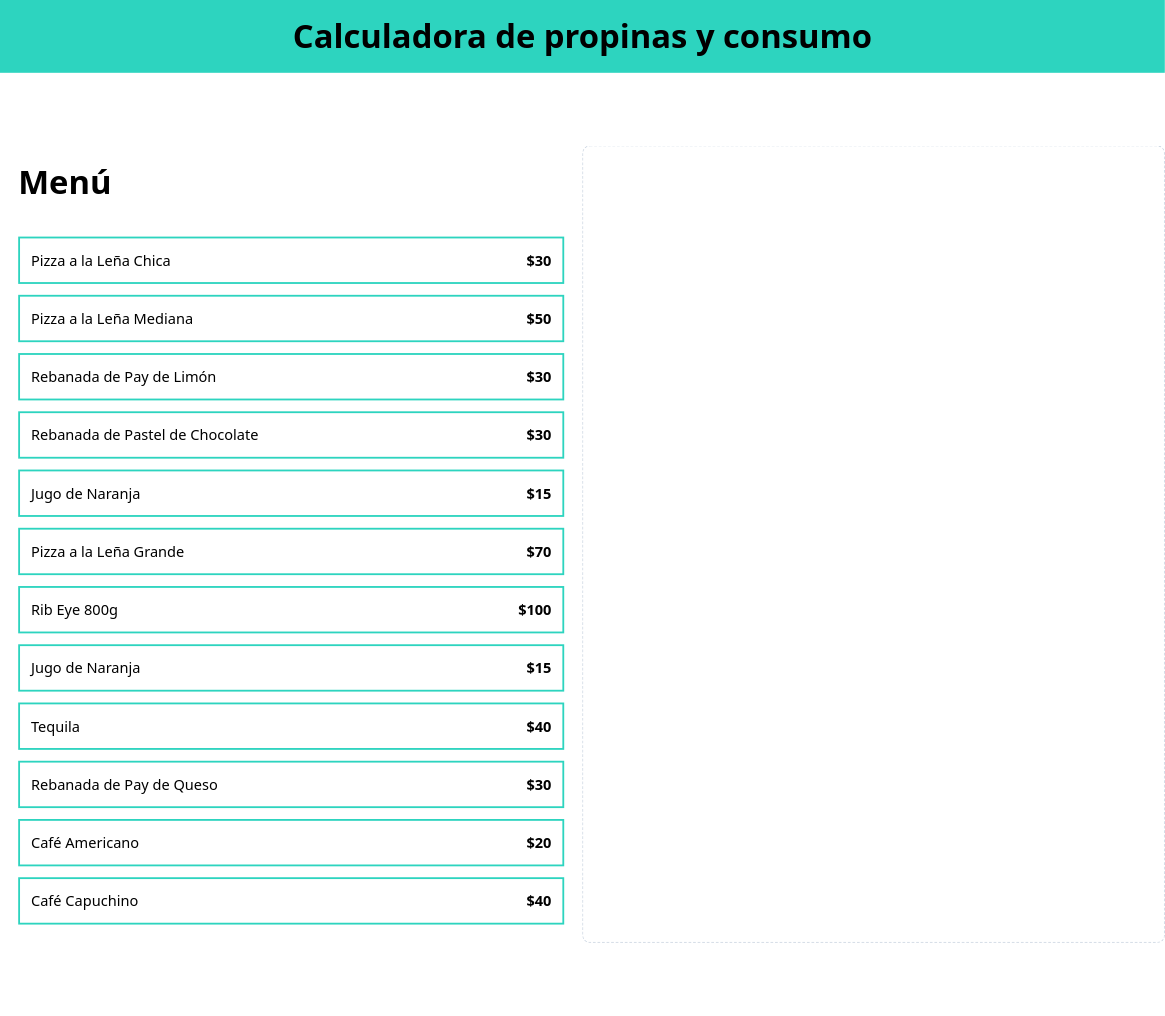
Repository: Samuel-Leal96/calculador_propinas
Page: /
These files come from the project's save history. The page is drawn as it stood at one moment and after the next save; the edit follows.
The browser window is 1280 px wide. The pictures show the whole page, at 91% of full size.
The project was rebuilt for these pictures with package versions that can differ from the ones it lists, and the page was loaded fresh each time. Also part of the build but not shown: vite.config.ts.

Above is the page before, as saved 2025-10-20 18:10:37.

After the next save:
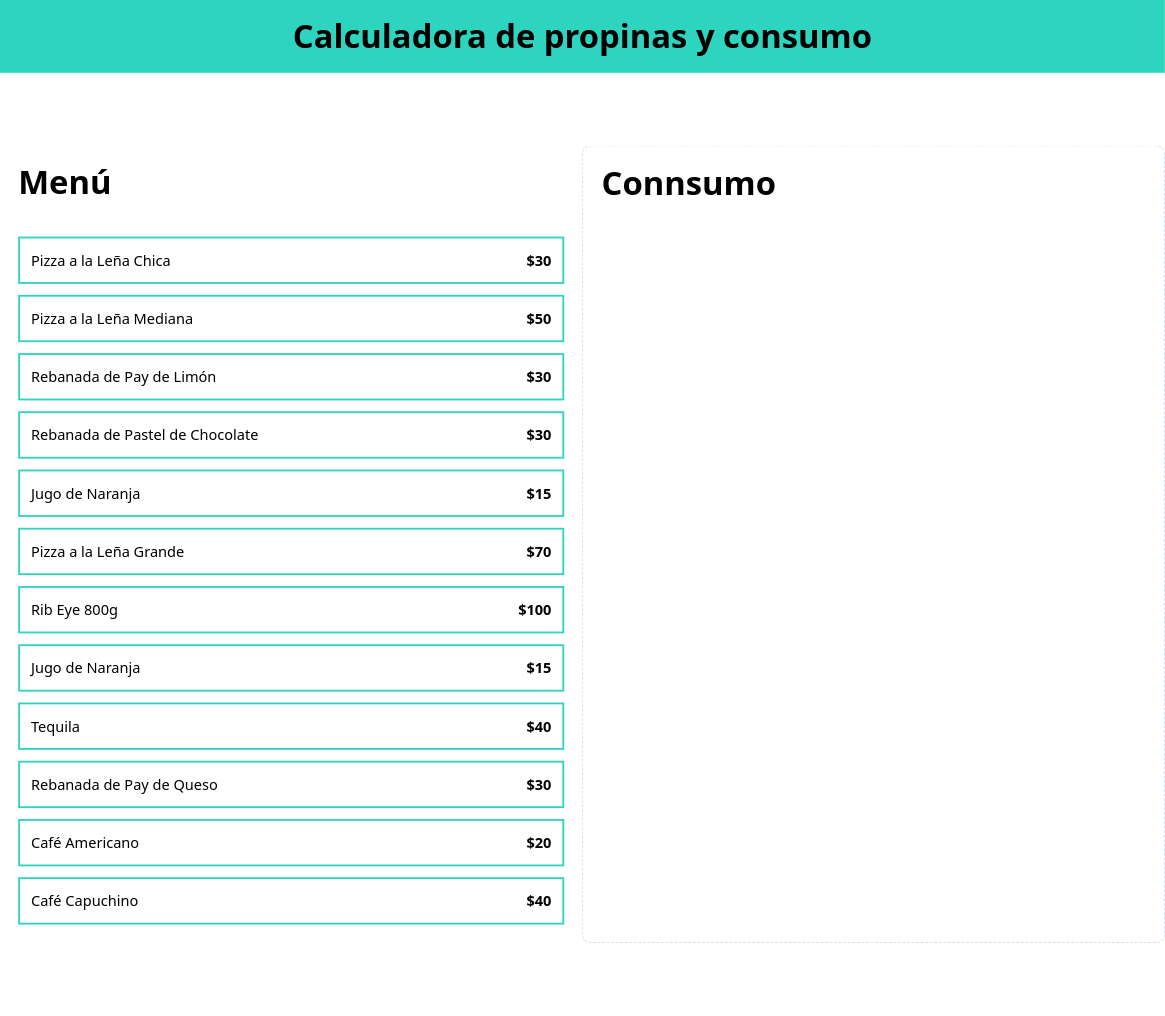
Saved 14 s later.
--- a/src/App.tsx
+++ b/src/App.tsx
@@ -1,4 +1,5 @@
 import MenuItem from "./components/MenuItem";
+import OrderContents from "./components/OrderContents";
 import { menuItems } from "./data/db";
 import useOrder from "./hooks/useOrder";
 
@@ -29,7 +30,7 @@ function App() {
         </div>
 
         <div className="border border-dashed border-slate-300 p-5 rounded-lg space-y-10">
-
+            <OrderContents></OrderContents>
         </div>
 
       </main>
